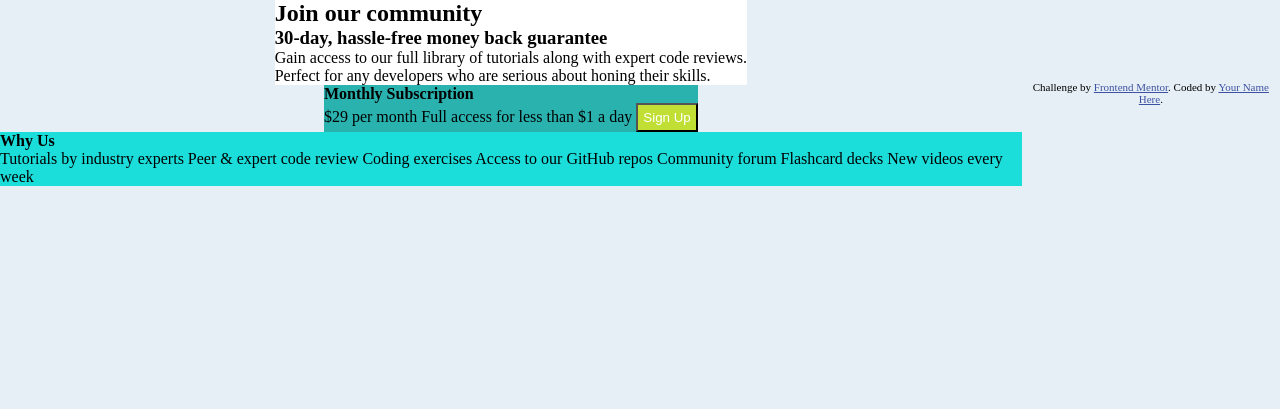
Repository: jminervino/PriceGridComponent
Page: index.html
These files come from the project's save history. The page is drawn as it stood at one moment and after the next save; the edit follows.
The browser window is 1280 px wide. The pictures show the whole page.

Above is the page before, as saved 2022-02-05 22:57:35.

### index.html
<!DOCTYPE html>
<html lang="en">
<head>
  <meta charset="UTF-8">
  <meta name="viewport" content="width=device-width, initial-scale=1.0"> <!-- displays site properly based on user's device -->

  <link rel="icon" type="image/png" sizes="32x32" href="./images/favicon-32x32.png">
  <link rel="stylesheet" href="style.css">

  <title>Frontend Mentor | Single Price Grid Component</title>

  <!-- Feel free to remove these styles or customise in your own stylesheet 👍 -->
  <style>
    .attribution { font-size: 11px; text-align: center; }
    .attribution a { color: hsl(228, 45%, 44%); }
  </style>
</head>
<body>
    <div class="container">
        <div class="box-one">
            <h2>Join our community</h2>

            <h3>30-day, hassle-free money back guarantee</h3>

            <p>
                Gain access to our full library of tutorials along with expert code reviews. <br>
                Perfect for any developers who are serious about honing their skills.
            </p>
        </div>
        <div class="box-second">
            <h4>Monthly Subscription</h4>

            &dollar;29 per month

            Full access for less than &dollar;1 a day

            <button>Sign Up</button>
        </div>
        <div class="box-three">
            <h4>Why Us</h4>
            <p>
                Tutorials by industry experts
                Peer &amp; expert code review
                Coding exercises
                Access to our GitHub repos
                Community forum
                Flashcard decks
                New videos every week
            </p>

        </div>
    </div>
  <footer>
    <p class="attribution">
      Challenge by <a href="https://www.frontendmentor.io?ref=challenge" target="_blank">Frontend Mentor</a>.
      Coded by <a href="#">Your Name Here</a>.
    </p>
  </footer>
</body>
</html>

### style.css
* {
    margin: 0;
    padding: 0;
}

body {
    background-color: hsl(204, 43%, 93%);
    display: flex;
    align-items: center;
    justify-content: center;
}

button {
    background-color: hsl(71, 73%, 54%);
    color: white;
    padding: 5px;
}

.container {
    display: flex;
    align-items: center;
    justify-content: center;
    flex-direction: column;
}

.box-one {
    background-color: white;
}

.box-second {
    background-color: hsl(179, 62%, 43%);
}

.box-three {
    background-color: hsl(179, 78%, 49%);
}

After the next save:
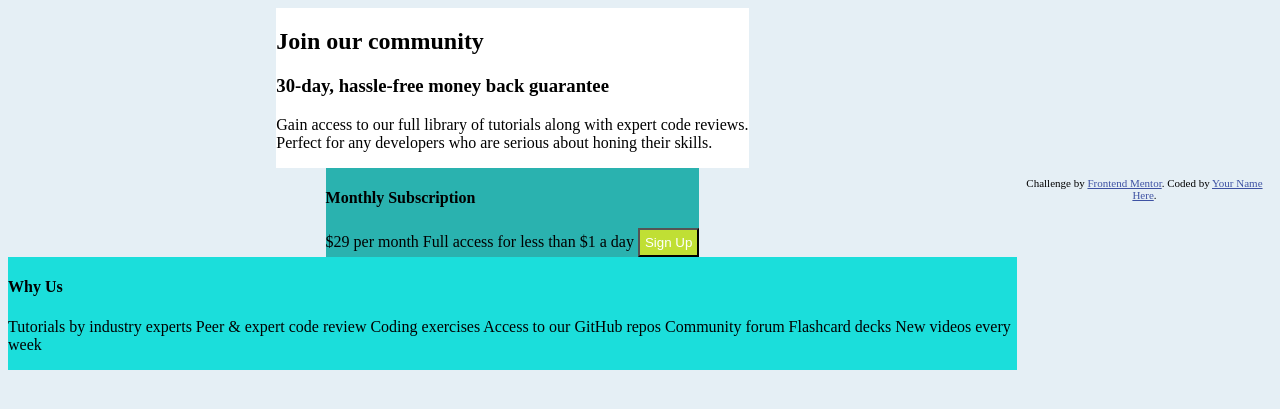
Saved 2 min 6 s later.
--- a/style.css
+++ b/style.css
@@ -1,3 +1,5 @@
+@import url(@import url('https://fonts.googleapis.com/css2?family=Karla:ital,wght@0,200;1,200&family=Open+Sans+Condensed:wght@300&family=Quicksand:wght@300;400;500;600;700&display=swap'););
+
 * {
     margin: 0;
     padding: 0;

After the save that followed:
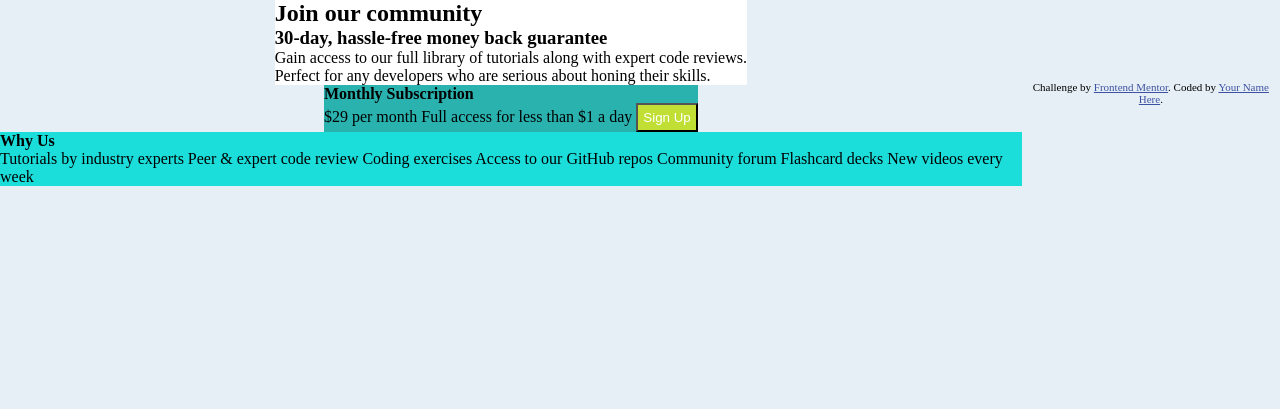
Saved 23 s later.
--- a/style.css
+++ b/style.css
@@ -1,4 +1,4 @@
-@import url(@import url('https://fonts.googleapis.com/css2?family=Karla:ital,wght@0,200;1,200&family=Open+Sans+Condensed:wght@300&family=Quicksand:wght@300;400;500;600;700&display=swap'););
+@import url('https://fonts.googleapis.com/css2?family=Karla:ital,wght@0,200;1,200&family=Open+Sans+Condensed:wght@300&family=Quicksand:wght@300;400;500;600;700&display=swap');
 
 * {
     margin: 0;
